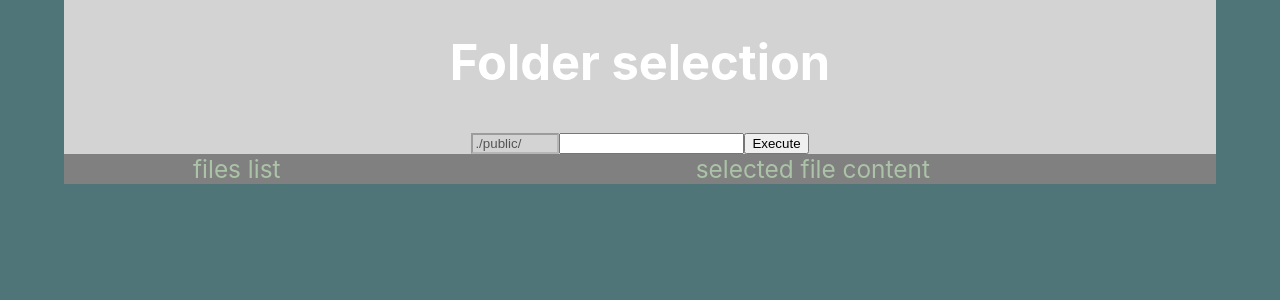
Repository: idubi/DevopsCourse
Page: / (app in lesson03/assignment/client/)
An editor plug-in stored every save of this project. The page is shown before and after the next save, followed by the edit.
The browser window is 1280 px wide. The pictures show the whole page.
The project was rebuilt for these pictures with package versions that can differ from the ones it lists, and the page was loaded fresh each time.

Above is the page before, as saved 2023-06-15 03:37:11.

### lesson03/assignment/client/src/App.js
import "./App.css";
import "./components/FilesBrowser";
import FileBrowser from "./components/FilesBrowser";
import styled from "styled-components";

function App() {
  return (
    <Container className="App">
      <header className="App-header">
        <FileBrowser></FileBrowser>
      </header>
    </Container>
  );
}

const Container = styled.div`
  display: flex;
  flex-direction: column;
  height: 100%;
  width: 100%;
`;

export default App;

### lesson03/assignment/client/src/App.css
.App {
  text-align: center;
}

.App-logo {
  height: 40vmin;
  pointer-events: none;
}

@media (prefers-reduced-motion: no-preference) {
  .App-logo {
    animation: App-logo-spin infinite 20s linear;
  }
}

.App-header {
  background-color: #507578;
  min-height: 100vh;
  display: flex;
  flex-direction: column;
  align-items: center;

  font-size: calc(10px + 2vmin);
  color: white;
}

.App-link {
  color: #61dafb;
}

### lesson03/assignment/client/src/components/FilesBrowser.js
import React, { useState } from "react";
import styled from "styled-components";
function FileBrowser() {
  const [path, setPath] = useState("");
  // const [response, setResponse] = useState("");

  const handlePathChange = (event) => {
    setPath(event.target.value);
  };

  const handleExecute = () => {
    //   fetch(path)
    //     .then((response) => response.json())
    //     .then((data) => setResponse(JSON.stringify(data)))
    //     .catch((error) => console.error("Error:", error));
  };

  return (
    <Container>
      <Upper>
        <h1>Folder selection</h1>
        <Label type="text" value="./public/" disabled />
        <input type="text" value={path} onChange={handlePathChange} />
        <button onClick={handleExecute}>Execute</button>
      </Upper>
      <Lower>
        <LeftLowerDiv>files list</LeftLowerDiv>
        <RightLowerDiv>selected file content</RightLowerDiv>
      </Lower>
    </Container>
  );
}

const Container = styled.div`
  display: flex;
  flex-direction: column;
  height: 90%;
  width: 90%;
`;

const Upper = styled.div`
  height: 30%;
  background-color: lightgrey;
`;

const Lower = styled.div`
  display: flex;
  flex-direction: row;
  height: 100%;
  color: #abc3a7;
`;

const LeftLowerDiv = styled.div`
  width: 30%;
  height: 100%;
  background-color: gray;
`;
const RightLowerDiv = styled.div`
  width: 70%;
  height: 100%;
  background-color: gray;
`;
const Label = styled.input`
  background-color: lightgrey;
  width: 80px;
`;
export default FileBrowser;

Loaded but not shown: lesson03/assignment/client/public/index.html (common file); lesson03/assignment/client/src/index.js (common file); lesson03/assignment/client/src/index.css (common file); lesson03/assignment/client/src/reportWebVitals.js (common file)

After the next save:
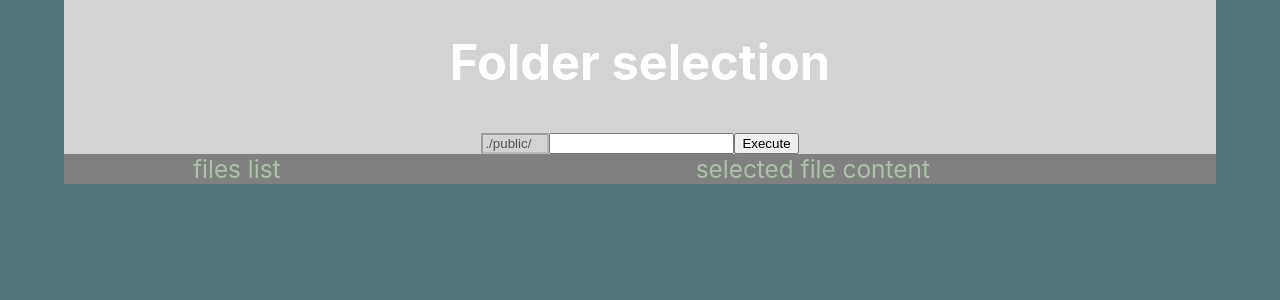
Saved 5 s later.
--- a/lesson03/assignment/client/src/components/FilesBrowser.js
+++ b/lesson03/assignment/client/src/components/FilesBrowser.js
@@ -62,6 +62,6 @@ const RightLowerDiv = styled.div`
 `;
 const Label = styled.input`
   background-color: lightgrey;
-  width: 80px;
+  width: 60px;
 `;
 export default FileBrowser;
